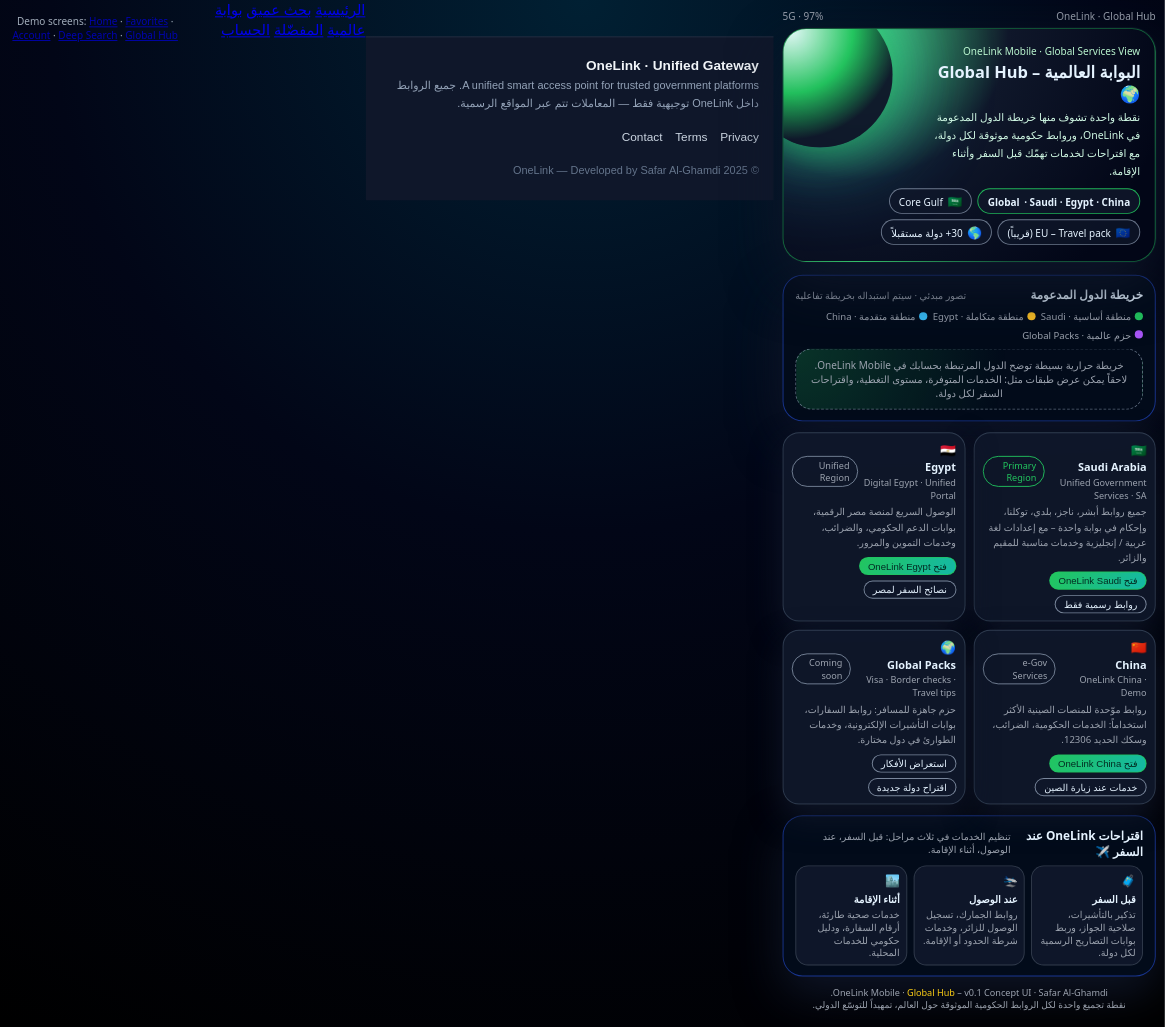
Repository: seesafar/GovLinksApp
Page: docs/app-ui/app-global-hub.html
The author's editor kept a copy of each file at every save. The page is drawn from the files as they stood at one save, then again after the next save.
The browser window is 1280 px wide. The pictures show the whole page, at 91% of full size.

Above is the page before, as saved 2025-12-01 03:44:54.

### docs/app-ui/app-global-hub.html
<!DOCTYPE html>
<html lang="ar" dir="rtl">
<head>
  <meta charset="UTF-8" />
  <title>OneLink Mobile · Global Hub</title>
  <meta name="viewport" content="width=device-width, initial-scale=1.0" />

  <style>
    :root {
      --bg-main: #020617;
      --panel: #020b1a;
      --panel-soft: rgba(15, 23, 42, 0.96);
      --accent: #22c55e;
      --accent-blue: #38bdf8;
      --accent-gold: #facc15;
      --text-main: #e5f3ff;
      --text-muted: #9ca3af;
      --border-soft: rgba(148, 163, 184, 0.45);
      --radius-xl: 22px;
    }

    * {
      box-sizing: border-box;
      margin: 0;
      padding: 0;
    }

    body {
      min-height: 100vh;
      font-family: system-ui, -apple-system, "Segoe UI", sans-serif;
      background: radial-gradient(circle at top, #012033 0, #020617 45%, #000 100%);
      color: var(--text-main);
      display: flex;
      justify-content: center;
    }

    .app-shell {
      width: 100%;
      max-width: 430px;
      padding: 10px 10px 18px;
    }

    .status-bar {
      display: flex;
      justify-content: space-between;
      align-items: center;
      font-size: 11px;
      color: var(--text-muted);
      margin-bottom: 6px;
    }

    /* Hero globe */
    .hero {
      position: relative;
      border-radius: 26px;
      padding: 16px 16px 18px;
      background: radial-gradient(circle at 20% 0%, #4ade80 0, #0f172a 40%, #020617 85%);
      border: 1px solid rgba(34, 197, 94, 0.5);
      box-shadow:
        0 24px 60px rgba(15, 23, 42, 0.95),
        0 0 0 1px rgba(15, 23, 42, 0.9);
      margin-bottom: 14px;
      overflow: hidden;
    }

    .hero-globe {
      position: absolute;
      inset-inline-end: -40px;
      top: -30px;
      width: 160px;
      height: 160px;
      border-radius: 999px;
      background:
        radial-gradient(circle at 30% 20%, #ecfeff, #22c55e 40%, #0f172a 70%),
        radial-gradient(circle at 70% 90%, rgba(56, 189, 248, 0.85), transparent 60%);
      box-shadow:
        0 0 60px rgba(34, 197, 94, 0.9),
        0 0 120px rgba(56, 189, 248, 0.6);
      opacity: 0.95;
    }

    .hero-title {
      position: relative;
      z-index: 1;
      max-width: 230px;
      display: flex;
      flex-direction: column;
      gap: 4px;
    }

    .hero-title span.label {
      font-size: 11px;
      color: #bbf7d0;
    }

    .hero-title h1 {
      font-size: 18px;
      font-weight: 800;
    }

    .hero-title p {
      font-size: 11.5px;
      color: #d1fae5;
      line-height: 1.7;
    }

    .hero-chip-row {
      position: relative;
      z-index: 1;
      display: flex;
      flex-wrap: wrap;
      gap: 6px;
      margin-top: 10px;
      font-size: 11px;
    }

    .hero-chip {
      border-radius: 999px;
      padding: 4px 10px;
      background: rgba(15, 23, 42, 0.75);
      border: 1px solid rgba(148, 163, 184, 0.7);
      color: #e5f3ff;
      display: inline-flex;
      align-items: center;
      gap: 5px;
    }

    .hero-chip span.flag {
      font-size: 13px;
    }

    .hero-chip.main {
      background: rgba(15, 23, 42, 0.9);
      border-color: rgba(34, 197, 94, 0.9);
      font-weight: 600;
    }

    /* Map panel */
    .map-panel {
      background: var(--panel);
      border-radius: var(--radius-xl);
      border: 1px solid rgba(30, 64, 175, 0.8);
      padding: 12px 13px;
      margin-bottom: 12px;
      box-shadow: 0 20px 55px rgba(15, 23, 42, 0.9);
    }

    .map-header {
      display: flex;
      justify-content: space-between;
      align-items: baseline;
      margin-bottom: 8px;
    }

    .map-header h2 {
      font-size: 13px;
    }

    .map-header span.tag {
      font-size: 10.5px;
      color: var(--text-muted);
    }

    .map-legend {
      display: flex;
      flex-wrap: wrap;
      gap: 6px;
      font-size: 10.5px;
      margin-bottom: 8px;
      color: var(--text-muted);
    }

    .legend-dot {
      width: 9px;
      height: 9px;
      border-radius: 999px;
      display: inline-block;
      margin-inline-end: 4px;
    }

    .legend-dot.sa { background: #22c55e; }
    .legend-dot.eg { background: #fbbf24; }
    .legend-dot.cn { background: #38bdf8; }
    .legend-dot.global { background: #a855f7; }

    .map-placeholder {
      border-radius: 18px;
      border: 1px dashed rgba(148, 163, 184, 0.6);
      padding: 10px;
      font-size: 11px;
      color: var(--text-muted);
      text-align: center;
      background: radial-gradient(circle at 0 0, rgba(34, 197, 94, 0.22), transparent 60%);
    }

    /* Country cards */
    .countries-grid {
      display: grid;
      grid-template-columns: repeat(2, minmax(0, 1fr));
      gap: 9px;
      margin-bottom: 12px;
    }

    .country-card {
      background: var(--panel-soft);
      border-radius: 18px;
      border: 1px solid rgba(51, 65, 85, 0.9);
      padding: 9px 9px 8px;
      font-size: 11px;
      display: flex;
      flex-direction: column;
      gap: 3px;
      box-shadow: 0 14px 34px rgba(15, 23, 42, 0.9);
    }

    .country-header {
      display: flex;
      justify-content: space-between;
      align-items: center;
      gap: 4px;
    }

    .country-name {
      display: flex;
      flex-direction: column;
      gap: 1px;
    }

    .country-name span.flag {
      font-size: 14px;
    }

    .country-name strong {
      font-size: 12px;
    }

    .country-name span.sub {
      color: var(--text-muted);
      font-size: 10px;
    }

    .country-pill {
      border-radius: 999px;
      padding: 2px 8px;
      border: 1px solid rgba(148, 163, 184, 0.8);
      font-size: 10px;
      color: var(--text-muted);
    }

    .country-pill.primary {
      border-color: var(--accent);
      color: var(--accent);
    }

    .country-body {
      font-size: 10.5px;
      color: var(--text-muted);
      line-height: 1.6;
    }

    .country-actions {
      margin-top: 4px;
      display: flex;
      gap: 6px;
      flex-wrap: wrap;
    }

    .btn-mini {
      border-radius: 999px;
      border: none;
      padding: 3px 9px;
      font-size: 10.5px;
      cursor: pointer;
      background: rgba(15, 23, 42, 0.96);
      color: var(--text-main);
      border: 1px solid rgba(148, 163, 184, 0.8);
    }

    .btn-mini.main {
      background: linear-gradient(120deg, var(--accent), #14b8a6);
      color: #022c22;
      border-color: rgba(34, 197, 94, 0.9);
    }

    /* Travel tips */
    .travel-panel {
      background: var(--panel);
      border-radius: var(--radius-xl);
      border: 1px solid rgba(30, 64, 175, 0.8);
      padding: 12px 13px 11px;
      box-shadow: 0 20px 50px rgba(15, 23, 42, 0.9);
      margin-bottom: 10px;
    }

    .travel-header {
      display: flex;
      justify-content: space-between;
      align-items: baseline;
      margin-bottom: 6px;
    }

    .travel-header h2 {
      font-size: 13px;
    }

    .travel-header span {
      font-size: 10.5px;
      color: var(--text-muted);
    }

    .travel-grid {
      display: grid;
      grid-template-columns: repeat(3, minmax(0, 1fr));
      gap: 7px;
      font-size: 10.5px;
    }

    .travel-card {
      border-radius: 14px;
      padding: 7px 7px 6px;
      background: rgba(15, 23, 42, 0.96);
      border: 1px solid rgba(55, 65, 81, 0.9);
      display: flex;
      flex-direction: column;
      gap: 3px;
      color: var(--text-muted);
    }

    .travel-card strong {
      font-size: 11px;
      color: #e5f3ff;
    }

    .travel-card span.icon {
      font-size: 13px;
    }

    /* Footer */
    .footer-note {
      font-size: 10px;
      color: var(--text-muted);
      text-align: center;
      margin-top: 4px;
    }

    .footer-note span {
      color: var(--accent-gold);
    }
  </style>
</head>

<body>
  <div class="app-shell">
    <div class="status-bar">
      <span>OneLink · Global Hub</span>
      <span>5G · 97%</span>
    </div>

    <!-- HERO -->
    <section class="hero">
      <div class="hero-globe"></div>

      <div class="hero-title">
        <span class="label">OneLink Mobile · Global Services View</span>
        <h1>البوابة العالمية – Global Hub 🌍</h1>
        <p>
          نقطة واحدة تشوف منها خريطة الدول المدعومة في OneLink، وروابط حكومية موثوقة لكل دولة،
          مع اقتراحات لخدمات تهمّك قبل السفر وأثناء الإقامة.
        </p>
      </div>

      <div class="hero-chip-row">
        <div class="hero-chip main">
          Saudi · Egypt · China · <span>Global</span>
        </div>
        <div class="hero-chip">
          <span class="flag">🇸🇦</span> Core Gulf
        </div>
        <div class="hero-chip">
          <span class="flag">🇪🇺</span> EU – Travel pack (قريباً)
        </div>
        <div class="hero-chip">
          <span class="flag">🌎</span> 30+ دولة مستقبلاً
        </div>
      </div>
    </section>

    <!-- MAP / REGIONS -->
    <section class="map-panel">
      <div class="map-header">
        <h2>خريطة الدول المدعومة</h2>
        <span class="tag">تصور مبدئي · سيتم استبداله بخريطة تفاعلية</span>
      </div>

      <div class="map-legend">
        <span><span class="legend-dot sa"></span>منطقة أساسية · Saudi</span>
        <span><span class="legend-dot eg"></span>منطقة متكاملة · Egypt</span>
        <span><span class="legend-dot cn"></span>منطقة متقدمة · China</span>
        <span><span class="legend-dot global"></span>حزم عالمية · Global Packs</span>
      </div>

      <div class="map-placeholder">
        خريطة حرارية بسيطة توضح الدول المرتبطة بحسابك في OneLink Mobile.<br />
        لاحقاً يمكن عرض طبقات مثل: الخدمات المتوفرة، مستوى التغطية، واقتراحات السفر لكل دولة.
      </div>
    </section>

    <!-- COUNTRY CARDS -->
    <section class="countries-grid">
      <!-- Saudi -->
      <article class="country-card">
        <div class="country-header">
          <div class="country-name">
            <span class="flag">🇸🇦</span>
            <strong>Saudi Arabia</strong>
            <span class="sub">Unified Government Services · SA</span>
          </div>
          <span class="country-pill primary">Primary Region</span>
        </div>
        <p class="country-body">
          جميع روابط أبشر، ناجز، بلدي، توكلنا، وإحكام في بوابة واحدة –
          مع إعدادات لغة عربية / إنجليزية وخدمات مناسبة للمقيم والزائر.
        </p>
        <div class="country-actions">
          <button class="btn-mini main">فتح OneLink Saudi</button>
          <button class="btn-mini">روابط رسمية فقط</button>
        </div>
      </article>

      <!-- Egypt -->
      <article class="country-card">
        <div class="country-header">
          <div class="country-name">
            <span class="flag">🇪🇬</span>
            <strong>Egypt</strong>
            <span class="sub">Digital Egypt · Unified Portal</span>
          </div>
          <span class="country-pill">Unified Region</span>
        </div>
        <p class="country-body">
          الوصول السريع لمنصة مصر الرقمية، بوابات الدعم الحكومي، والضرائب، وخدمات التموين والمرور.
        </p>
        <div class="country-actions">
          <button class="btn-mini main">فتح OneLink Egypt</button>
          <button class="btn-mini">نصائح السفر لمصر</button>
        </div>
      </article>

      <!-- China -->
      <article class="country-card">
        <div class="country-header">
          <div class="country-name">
            <span class="flag">🇨🇳</span>
            <strong>China</strong>
            <span class="sub">OneLink China · Demo</span>
          </div>
          <span class="country-pill">e-Gov Services</span>
        </div>
        <p class="country-body">
          روابط موّحدة للمنصات الصينية الأكثر استخداماً: الخدمات الحكومية، الضرائب، وسكك الحديد 12306.
        </p>
        <div class="country-actions">
          <button class="btn-mini main">فتح OneLink China</button>
          <button class="btn-mini">خدمات عند زيارة الصين</button>
        </div>
      </article>

      <!-- Global pack -->
      <article class="country-card">
        <div class="country-header">
          <div class="country-name">
            <span class="flag">🌍</span>
            <strong>Global Packs</strong>
            <span class="sub">Visa · Border checks · Travel tips</span>
          </div>
          <span class="country-pill">Coming soon</span>
        </div>
        <p class="country-body">
          حزم جاهزة للمسافر: روابط السفارات، بوابات التأشيرات الإلكترونية، وخدمات الطوارئ في دول مختارة.
        </p>
        <div class="country-actions">
          <button class="btn-mini">استعراض الأفكار</button>
          <button class="btn-mini">اقتراح دولة جديدة</button>
        </div>
      </article>
    </section>

    <!-- TRAVEL TIPS -->
    <section class="travel-panel">
      <div class="travel-header">
        <h2>اقتراحات OneLink عند السفر ✈️</h2>
        <span>تنظيم الخدمات في ثلاث مراحل: قبل السفر، عند الوصول، أثناء الإقامة.</span>
      </div>

      <div class="travel-grid">
        <div class="travel-card">
          <span class="icon">🧳</span>
          <strong>قبل السفر</strong>
          <span>تذكير بالتأشيرات، صلاحية الجواز، وربط بوابات التصاريح الرسمية لكل دولة.</span>
        </div>

        <div class="travel-card">
          <span class="icon">🛬</span>
          <strong>عند الوصول</strong>
          <span>روابط الجمارك، تسجيل الوصول للزائر، وخدمات شرطة الحدود أو الإقامة.</span>
        </div>

        <div class="travel-card">
          <span class="icon">🏙️</span>
          <strong>أثناء الإقامة</strong>
          <span>خدمات صحية طارئة، أرقام السفارة، ودليل حكومي للخدمات المحلية.</span>
        </div>
      </div>
    </section>

    <div class="footer-note">
      OneLink Mobile · <span>Global Hub</span> – v0.1 Concept UI · Safar Al-Ghamdi.<br />
      نقطة تجميع واحدة لكل الروابط الحكومية الموثوقة حول العالم، تمهيداً للتوسّع الدولي.
    </div>
  </div>
  <div data-include="../core/layout/footer.html"></div>

<script src="../core/js/include.js"></script>
</body>
</html>
<nav class="app-nav">
  <a href="app-home-global.html">الرئيسية</a>
  <a href="app-deep-search.html">بحث عميق</a>
  <a href="app-global-hub.html" class="active">بوابة عالمية</a>
  <a href="app-favorites-global.html">المفضّلة</a>
  <a href="app-account.html">الحساب</a>
</nav>
</body>
</html>
<div style="text-align:center; margin: 16px 0; font-size: 11px; opacity: .7;">
  Demo screens:
  <a href="app-home-global.html">Home</a> ·
  <a href="app-favorites-global.html">Favorites</a> ·
  <a href="app-account.html">Account</a> ·
  <a href="app-deep-search.html">Deep Search</a> ·
  <a href="app-global-hub.html">Global Hub</a>
</div>

### core/i18n/include.js
// include.js
// =======================
// Universal Header & Footer Loader
// For OneLink (Saudi - Egypt - China - EN)
// =======================

async function includeHTML() {

  const elements = document.querySelectorAll("[data-include]");

  for (const el of elements) {
    const file = el.getAttribute("data-include");

    try {
      const response = await fetch(file);

      if (!response.ok) {
        el.innerHTML = `<div style="color:red">Error loading: ${file}</div>`;
        continue;
      }

      const html = await response.text();
      el.innerHTML = html;
    } catch (err) {
      el.innerHTML = `<div style="color:red">Include failed: ${file}</div>`;
    }
  }
}

// Run on page load
document.addEventListener("DOMContentLoaded", includeHTML);

### core/i18n/footer.html
<footer class="onelink-footer">
  <div class="footer-inner">

    <div class="footer-left">
      <h3 class="footer-title">OneLink · Unified Gateway</h3>
      <p class="footer-desc">
        A unified smart access point for trusted government platforms.
        جميع الروابط داخل OneLink توجيهية فقط — المعاملات تتم عبر المواقع الرسمية.
      </p>
    </div>

    <div class="footer-links">
      <a href="#">Privacy</a>
      <a href="#">Terms</a>
      <a href="#">Contact</a>
    </div>

    <div class="footer-copy">
      © 2025 OneLink — Developed by Safar Al-Ghamdi
    </div>

  </div>
</footer>

<style>
  .onelink-footer {
    background: #0f172a;
    border-top: 1px solid rgba(148, 163, 184, 0.2);
    padding: 22px 0 26px;
    margin-top: 40px;
    color: #cbd5e1;
    font-family: "Cairo", sans-serif;
  }

  .footer-inner {
    max-width: 1100px;
    margin: 0 auto;
    padding: 0 16px;
    display: flex;
    flex-direction: column;
    gap: 18px;
  }

  .footer-title {
    font-size: 15px;
    font-weight: 700;
    margin-bottom: 4px;
    color: #f1f5f9;
  }

  .footer-desc {
    font-size: 12px;
    color: #94a3b8;
    line-height: 1.7;
  }

  .footer-links {
    display: flex;
    gap: 14px;
    font-size: 13px;
  }

  .footer-links a {
    color: #cbd5e1;
    text-decoration: none;
  }

  .footer-links a:hover {
    color: #38bdf8;
  }

  .footer-copy {
    font-size: 12px;
    color: #64748b;
    margin-top: 4px;
  }
</style>

After the next save:
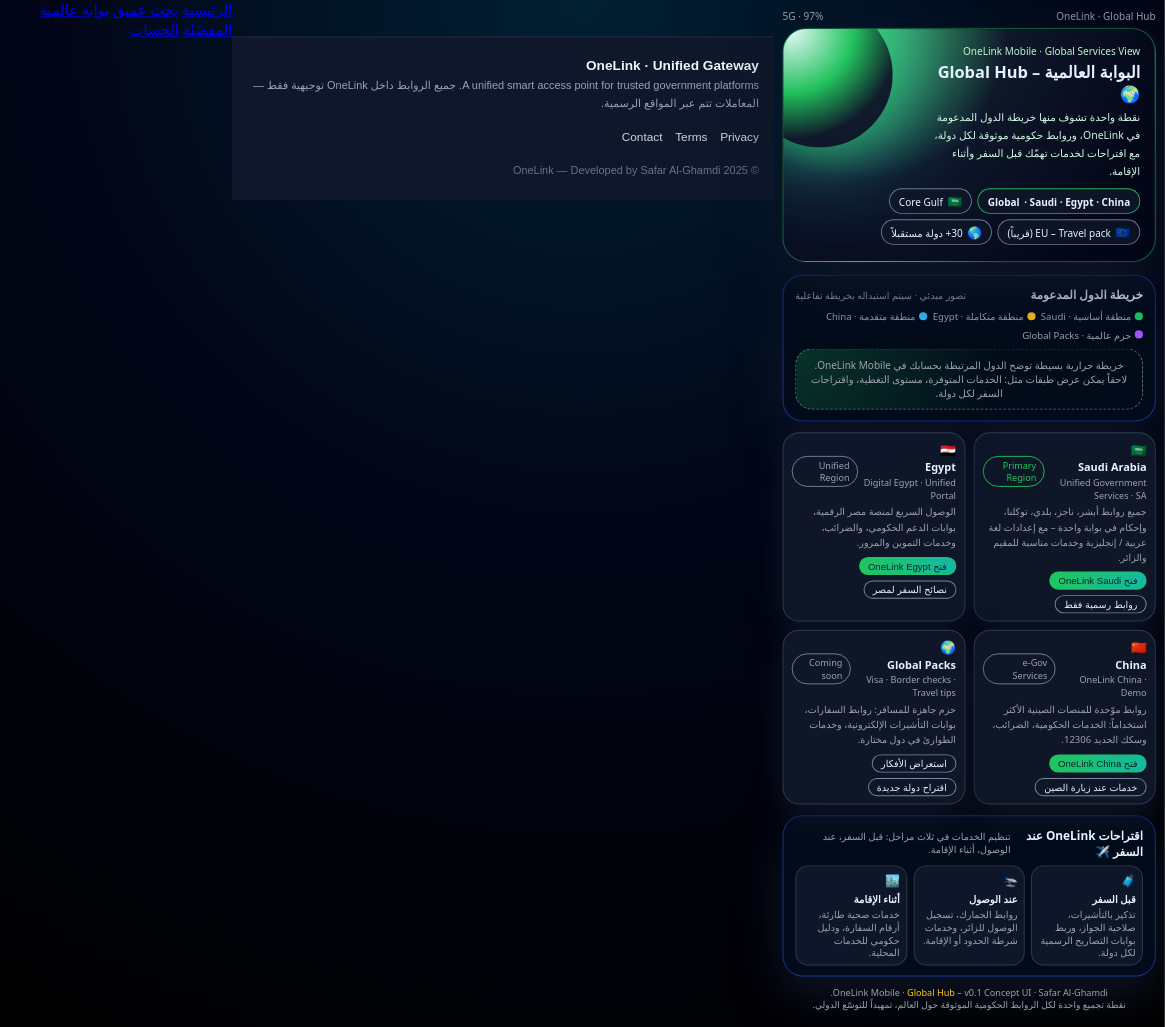
Saved 13 min 8 s later.
--- a/docs/app-ui/app-global-hub.html
+++ b/docs/app-ui/app-global-hub.html
@@ -532,11 +532,3 @@
 </nav>
 </body>
 </html>
-<div style="text-align:center; margin: 16px 0; font-size: 11px; opacity: .7;">
-  Demo screens:
-  <a href="app-home-global.html">Home</a> ·
-  <a href="app-favorites-global.html">Favorites</a> ·
-  <a href="app-account.html">Account</a> ·
-  <a href="app-deep-search.html">Deep Search</a> ·
-  <a href="app-global-hub.html">Global Hub</a>
-</div>

After the save that followed:
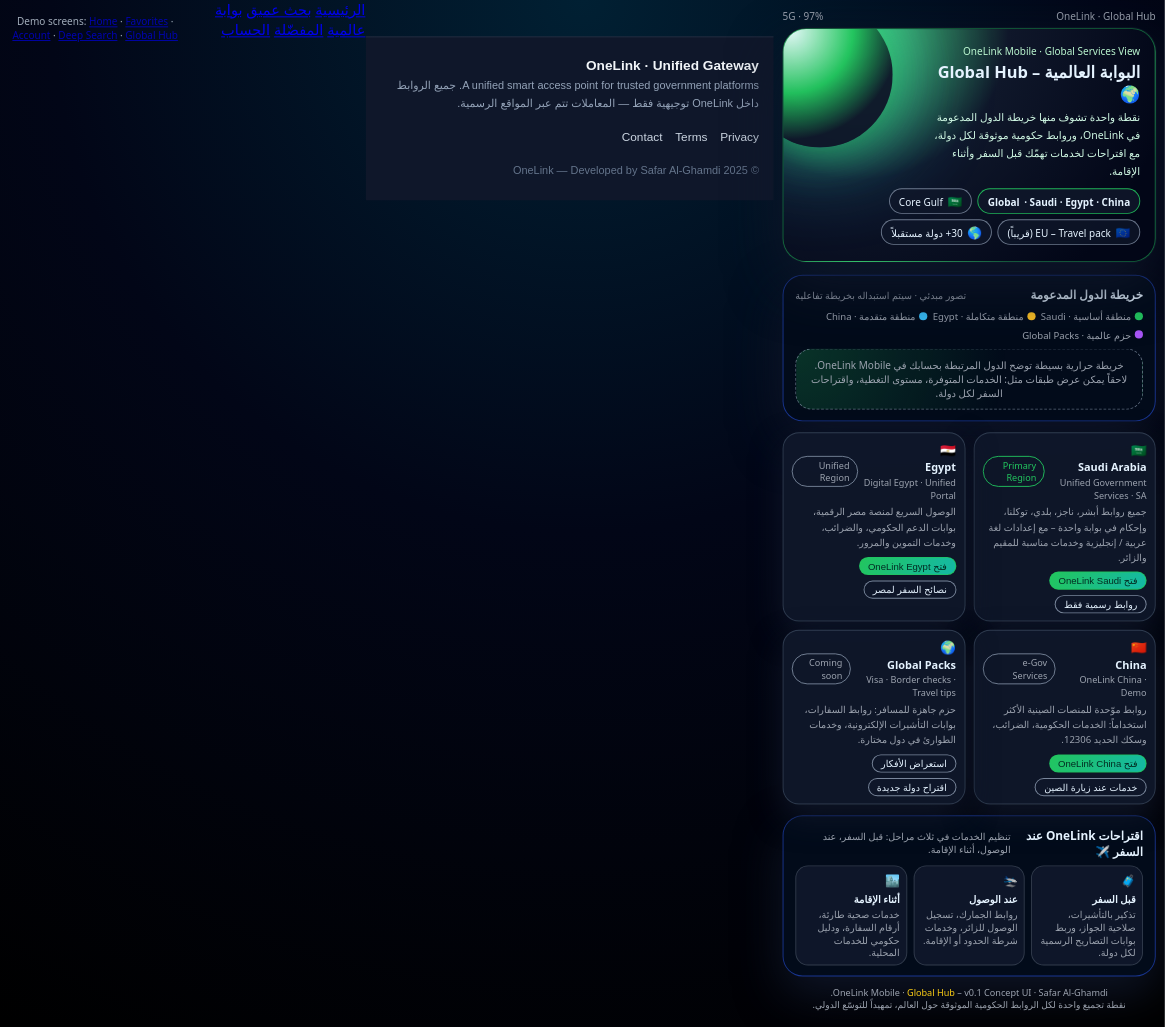
Saved 7 min 32 s later.
--- a/docs/app-ui/app-global-hub.html
+++ b/docs/app-ui/app-global-hub.html
@@ -532,3 +532,11 @@
 </nav>
 </body>
 </html>
+<div style="text-align:center; margin: 16px 0; font-size: 11px; opacity: .7;">
+  Demo screens:
+  <a href="app-home-global.html">Home</a> ·
+  <a href="app-favorites-global.html">Favorites</a> ·
+  <a href="app-account.html">Account</a> ·
+  <a href="app-deep-search.html">Deep Search</a> ·
+  <a href="app-global-hub.html">Global Hub</a>
+</div>
